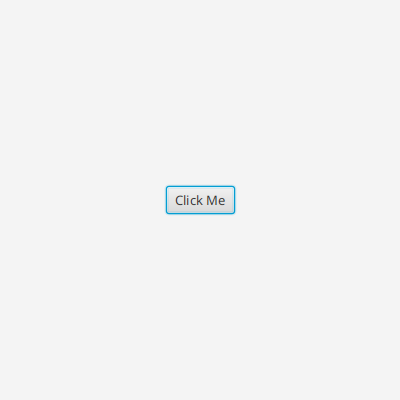
Repository: quasio007/AllMyWork
Program's window: java workspace/JavaFX/src/application/Main.java
The author's editor kept a copy of each file at every save. The program's window is drawn from the files as they stood at one save, then again after the next save.
It runs on Java 21 on a 1366 x 768 screen with JavaFX 11; the title bar is not drawn.

Above is the program's window before, as saved 2017-05-17 15:25:29.

After the next save:
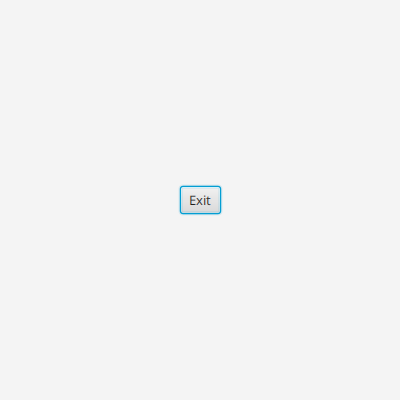
Saved 2 min 52 s later.
--- a/workspace/JavaFX/src/application/Main.java
+++ b/workspace/JavaFX/src/application/Main.java
@@ -36,7 +36,7 @@
 //			Set layout:
 			StackPane root = new StackPane();
 //			Add components to layout:
-			root.getChildren().add(button);
+			root.getChildren().add(exit);
 
 //			Create a scene and add the layout having components into it:
 			Scene scene = new Scene(root, 400, 400);
